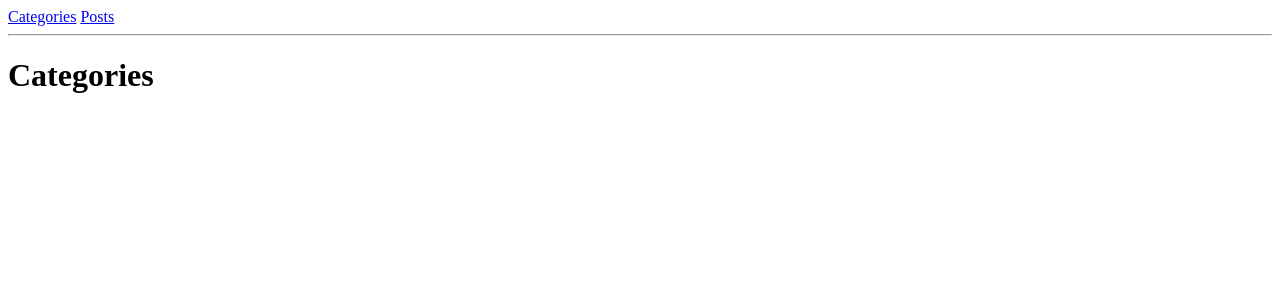
Repository: mahoone/revising_php
Page: http://localhost/public/index.php?v=categories
These files come from the project's save history. The page is drawn as it stood at one moment and after the next save; the edit follows.
The browser window is 1280 px wide. The pictures show the whole page.
The page is run by PHP 8.4 with error messages shown; the project is at /var/www/html/.

Above is the page before, as saved 2020-06-14 13:42:22.

After the next save:
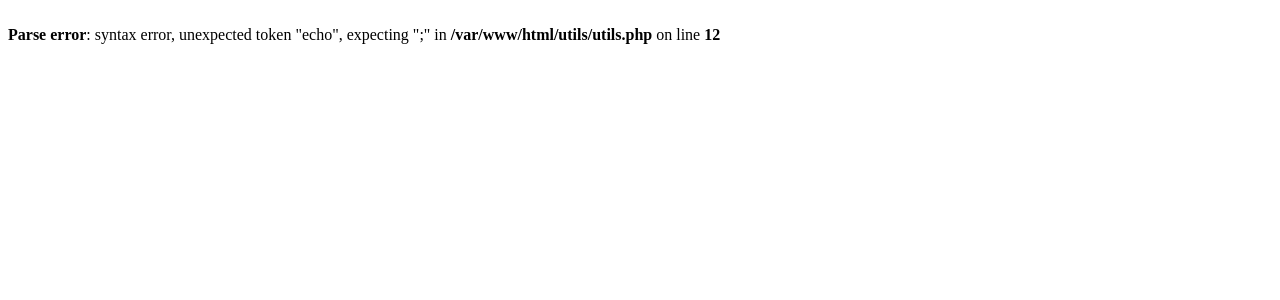
Saved 114 s later.
--- a/utils/utils.php
+++ b/utils/utils.php
@@ -6,3 +6,9 @@ function dumb($var)
     print_r($var);
     echo '</pre>';
 }
+
+function output_data() {
+    if(isset($_POST['user_input'])) {
+        return echo $user_value = $_POST['user_input'];
+    }
+}

After the save that followed:
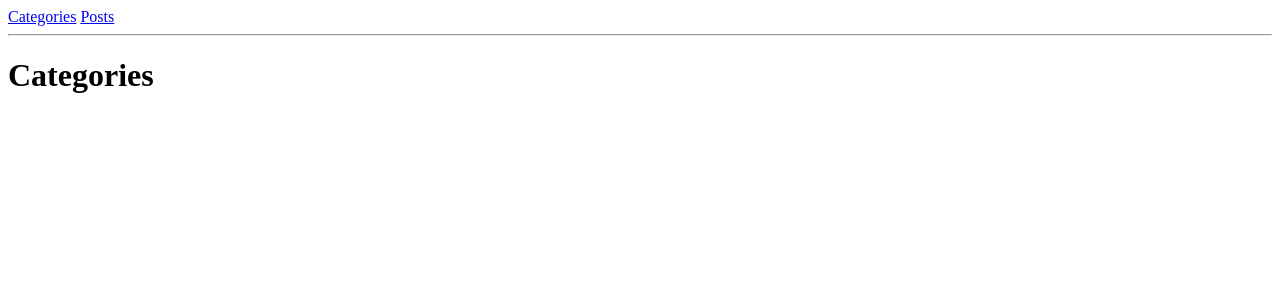
Saved 5 s later.
--- a/utils/utils.php
+++ b/utils/utils.php
@@ -9,6 +9,6 @@ function dumb($var)
 
 function output_data() {
     if(isset($_POST['user_input'])) {
-        return echo $user_value = $_POST['user_input'];
+        return $user_value = $_POST['user_input'];
     }
 }
